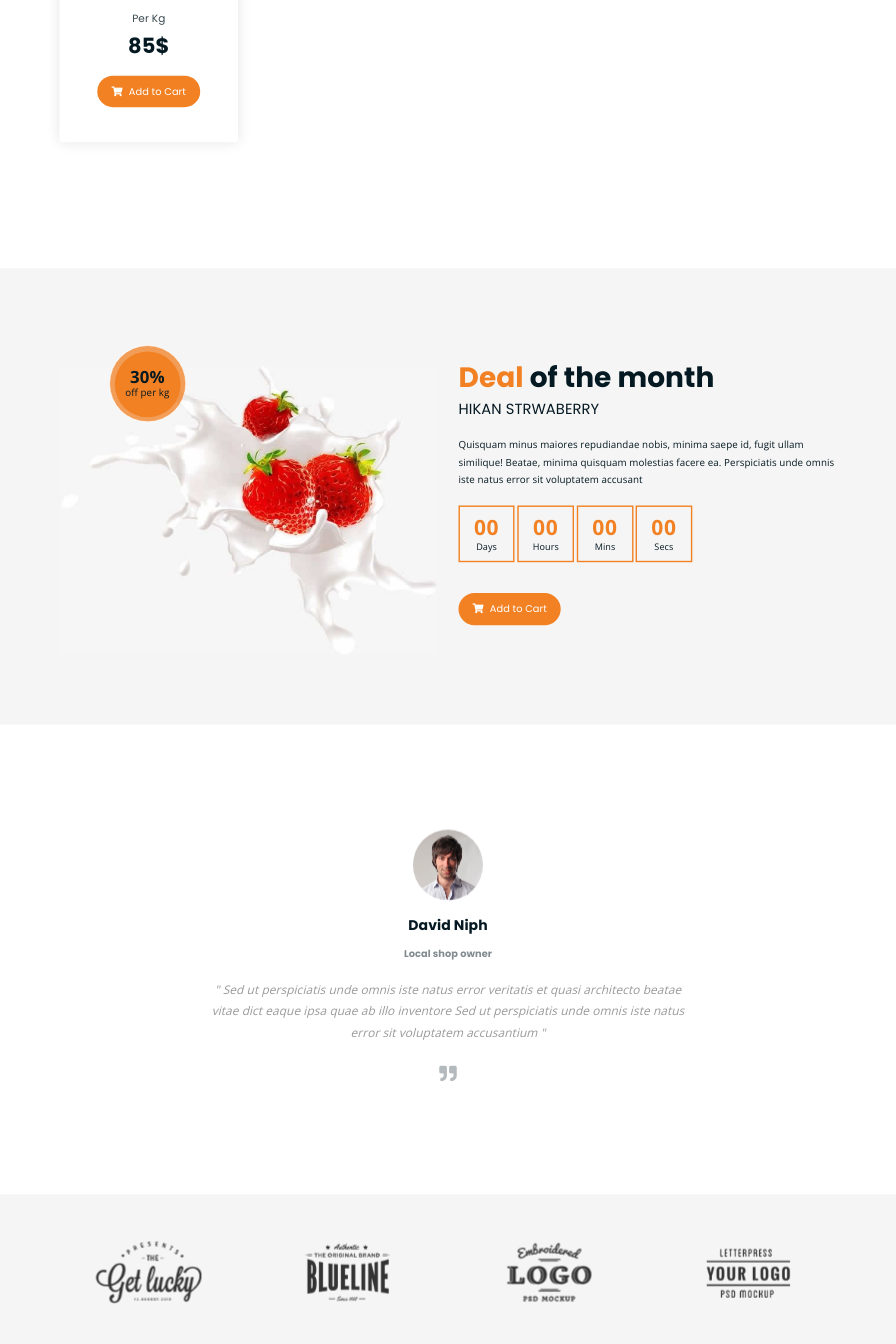
Repository: PhamHao1412/fruit_web
Page: index.html
The author's editor kept a copy of each file at every save. The page is drawn from the files as they stood at one save, then again after the next save.
The browser window is 1280 px wide. The pictures show the part of the page from y = 1573 to 3493 px (the page is 4159 px tall before and 4838 px after), at 70% of full size.
Backgrounds fixed to the window are drawn as part of the page.

Above is the page before, as saved 2024-03-12 15:57:03.

After the next save:
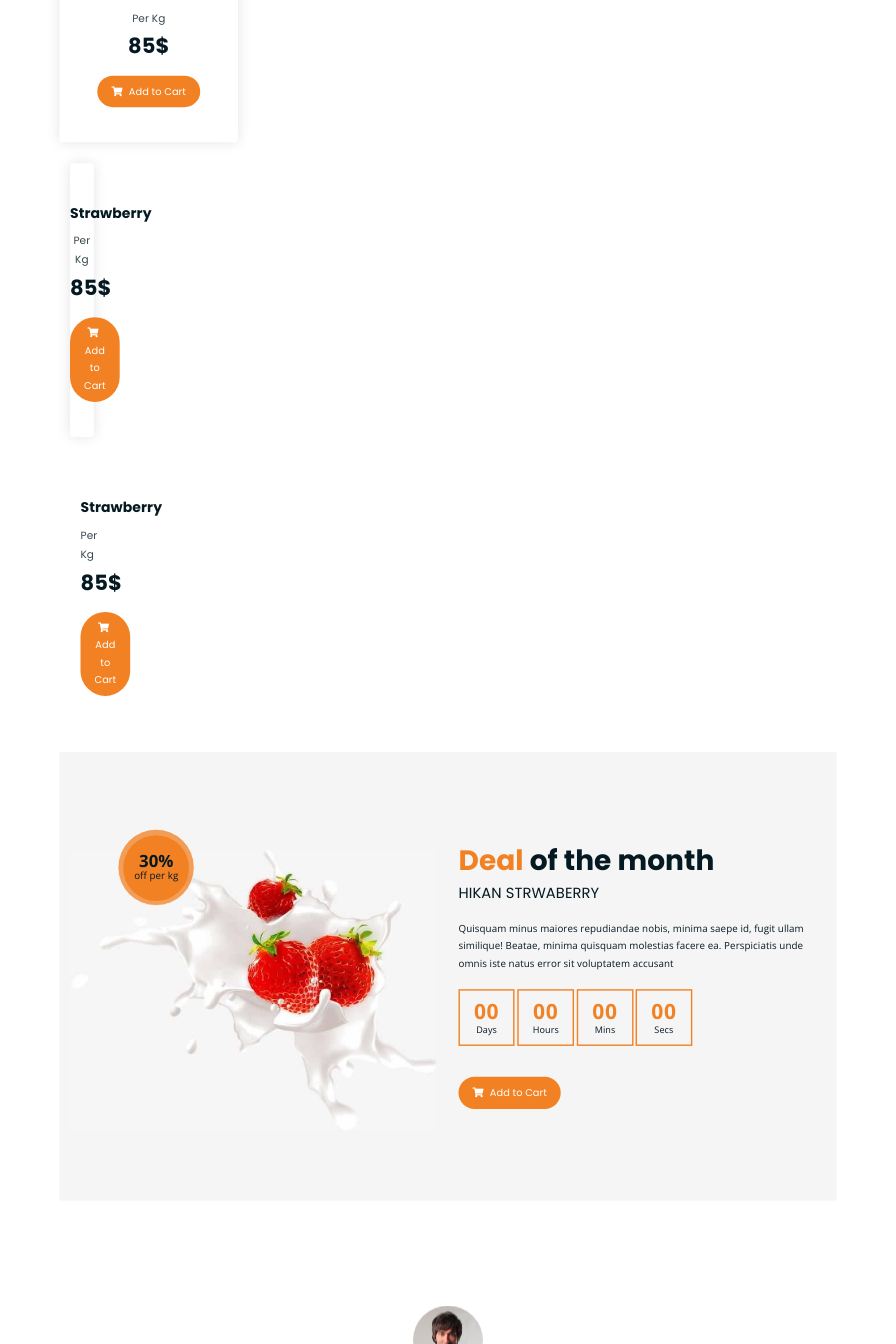
Saved 84 s later.
--- a/index.html
+++ b/index.html
@@ -243,6 +243,32 @@
                 ><i class="fas fa-shopping-cart"></i> Add to Cart</a
               >
             </div>
+            <div class="col-lg-3 col-md-6 text-center">
+            <div class="single-product-item">
+              <div class="product-image">
+                <a href="single-product.html"
+                  ><img src="assets/img/products/product-img-1.jpg" alt=""
+                /></a>
+              </div>
+              <h3>Strawberry</h3>
+              <p class="product-price"><span>Per Kg</span> 85$</p>
+              <a href="cart.html" class="cart-btn"
+                ><i class="fas fa-shopping-cart"></i> Add to Cart</a
+              >
+            </div>
+            <div class="col-lg-3 col-md-6 text-center">
+            <div class="single-product-item">
+              <div class="product-image">
+                <a href="single-product.html"
+                  ><img src="assets/img/products/product-img-1.jpg" alt=""
+                /></a>
+              </div>
+              <h3>Strawberry</h3>
+              <p class="product-price"><span>Per Kg</span> 85$</p>
+              <a href="cart.html" class="cart-btn"
+                ><i class="fas fa-shopping-cart"></i> Add to Cart</a
+              >
+            </div>
           </div>
         </div>
       </div>
